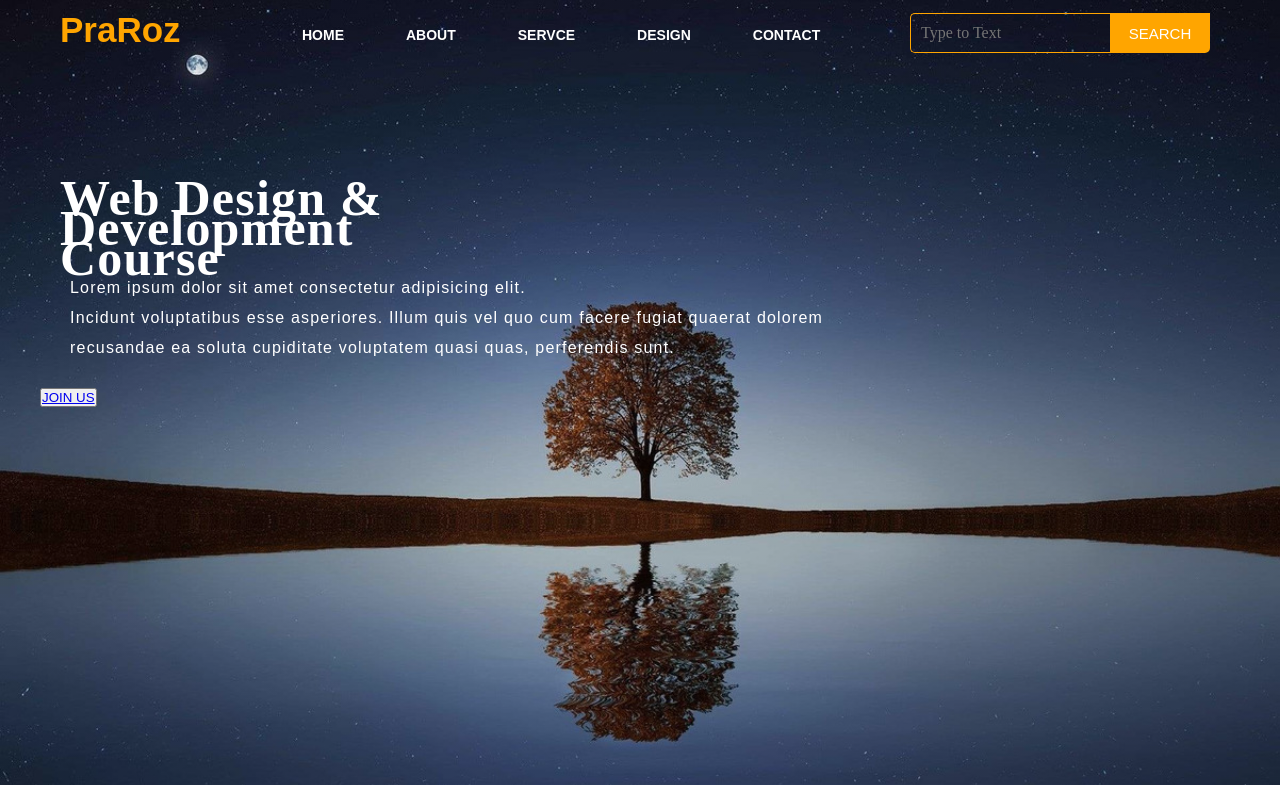
Repository: HuynhDuc23/project3
Page: index.html
An editor plug-in stored every save of this project. The page is shown before and after the next save, followed by the edit.
The browser window is 1280 px wide. The pictures show the whole page.

Above is the page before, as saved 2023-05-04 15:10:16.

After the next save:
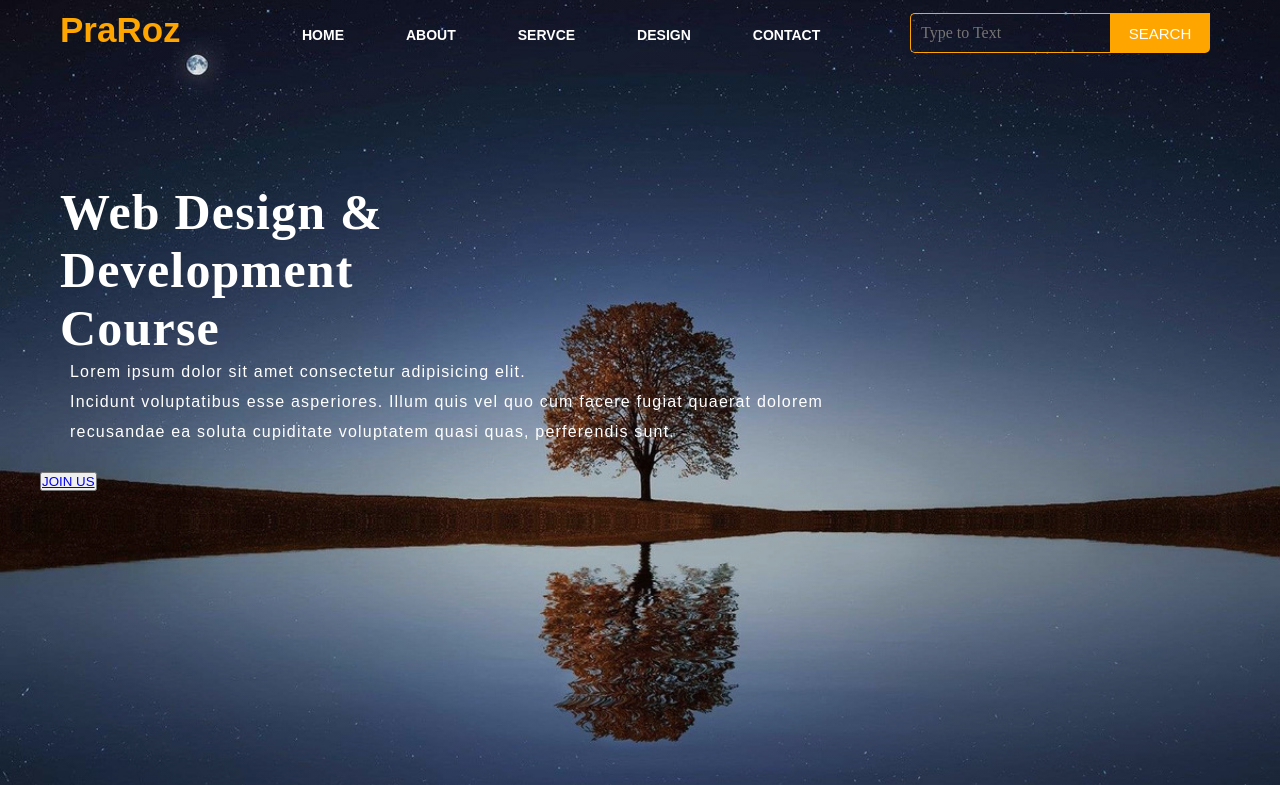
Saved 11 s later.
--- a/style.css
+++ b/style.css
@@ -122,5 +122,5 @@ ul li a:hover {
     padding-left: 20px;
     padding-top: 9%;
     letter-spacing: 1.2px;
-    line-height: 30px;
+    /* line-height: 30px; */
 }
